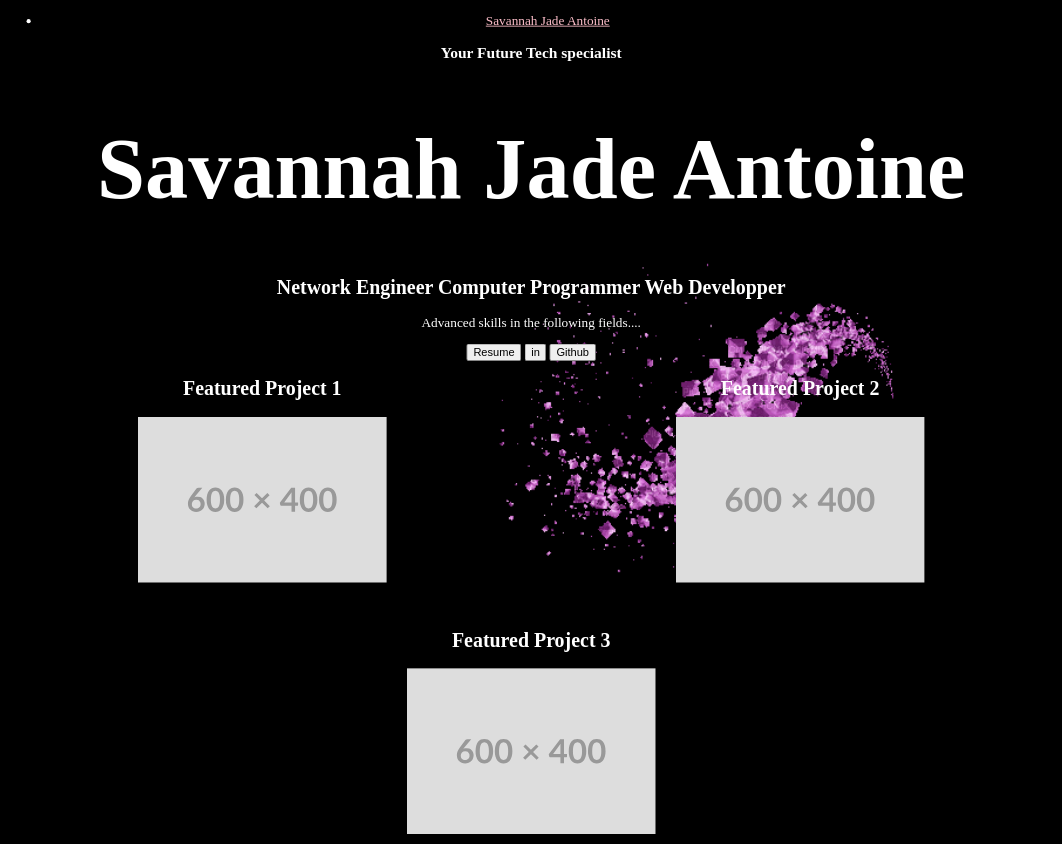
Repository: Savannah-Antoine/Savannah-Antoine
Page: index.html
An editor plug-in stored every save of this project. The page is shown before and after the next save, followed by the edit.
The browser window is 1280 px wide. The pictures show the whole page, at 83% of full size.

Above is the page before, as saved 2026-04-22 23:13:53.

After the next save:
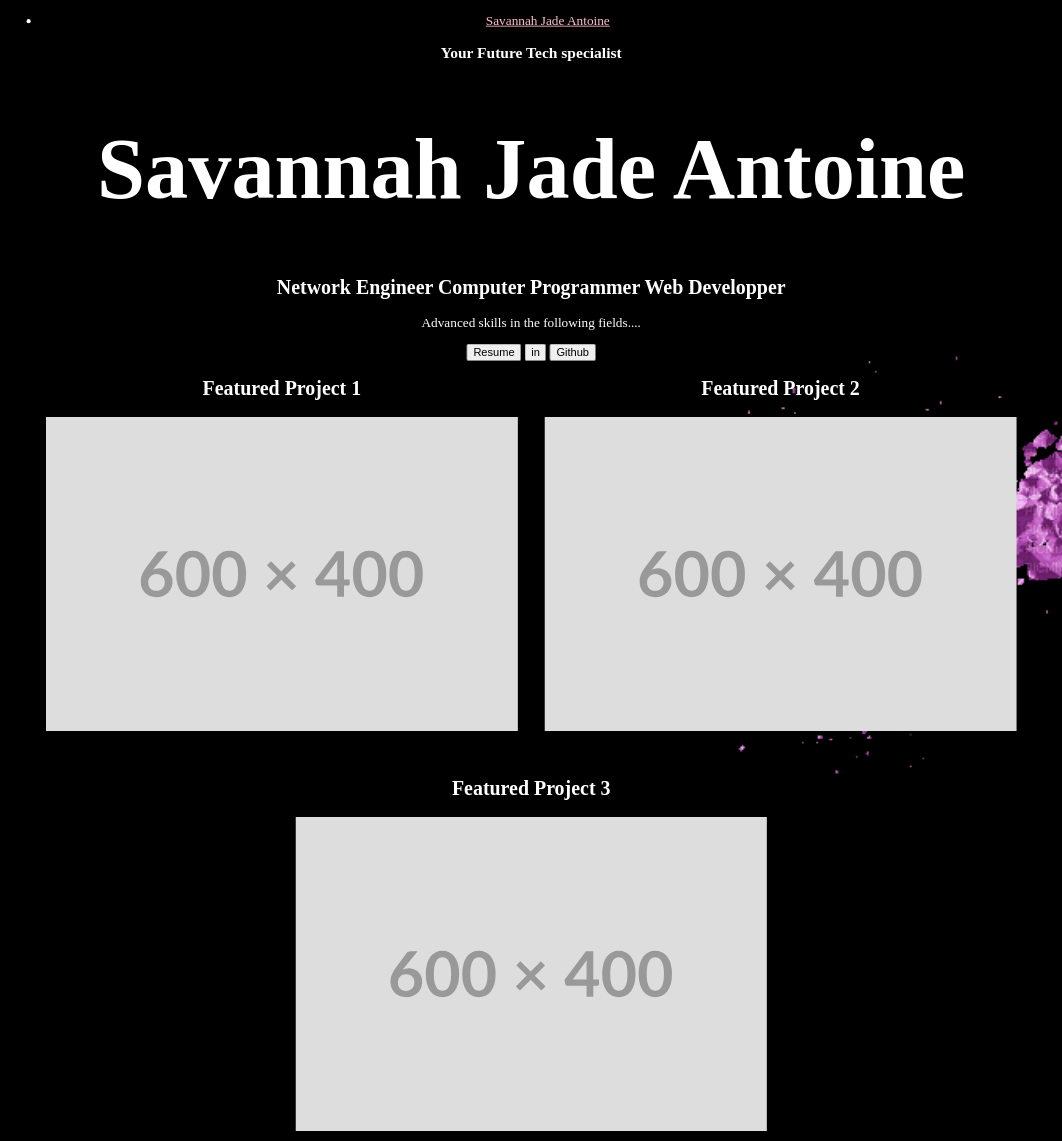
Saved 115 s later.
--- a/styles/index.css
+++ b/styles/index.css
@@ -6,10 +6,12 @@
 }
 
 img{
-    width: 50%;
+    width: 100%;
     height:auto;
 }
-
+section{
+    width: 45%;
+}
 @media screen and (min-width: 768px)
 {
     .container{
@@ -23,9 +25,5 @@ img{
 
 @media screen and (min-width: 1000px)
 {
-    section{
 
-        margin:0 auto;
-
-    }
 }
